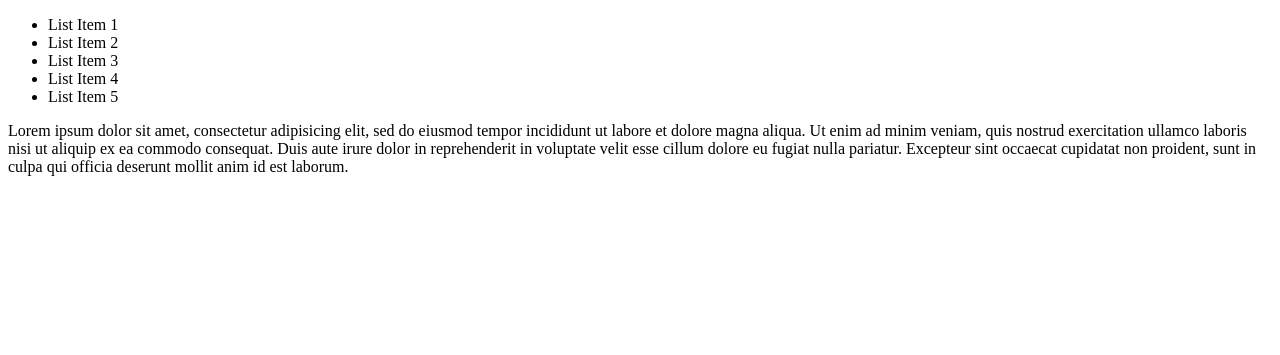
Repository: PankajSutharPersistent/vm-backup
Page: workspaceJavaScript/DemoJQuery/index.html
An editor plug-in stored every save of this project. The page is shown before and after the next save, followed by the edit.
The browser window is 1280 px wide. The pictures show the whole page.

Above is the page before, as saved 2017-01-02 04:37:50.

### workspaceJavaScript/DemoJQuery/index.html
<!DOCTYPE HTML PUBLIC "-//W3C//DTD HTML 4.01 Transitional//EN"
"http://www.w3.org/TR/html4/loose.dtd">
<html xmlns="http://www.w3.org/1999/xhtml">
    <head>
        <meta http-equiv="Content-Type" content="text/html; charset=utf-8" />
        <title>New Web Project</title>
        <script src="lib/jquery-3.1.1.js" type="text/javascript" charset="utf-8"></script>
        	<script type="text/javascript" charset="utf-8">

			jQuery(function(){
					alert("Hi");
				});
			</script>


        </script>
    </head>
    <body>
       <ul>
       	<li class="items">List Item 1</li>
       	<li class="items">List Item 2</li>
       	<li class="items">List Item 3</li>
       	<li class="items">List Item 4</li>
       	<li class="items">List Item 5</li>
       </ul>
       <p>Lorem ipsum dolor sit amet, consectetur adipisicing elit, sed do eiusmod tempor incididunt ut labore et dolore magna aliqua. Ut enim ad minim veniam, quis nostrud exercitation ullamco laboris nisi ut aliquip ex ea commodo consequat. Duis aute irure dolor in reprehenderit in voluptate velit esse cillum dolore eu fugiat nulla pariatur. Excepteur sint occaecat cupidatat non proident, sunt in culpa qui officia deserunt mollit anim id est laborum.</p>

   </body>
</html>

Loaded but not shown: workspaceJavaScript/DemoJQuery/lib/jquery-3.1.1.js (library)

After the next save:
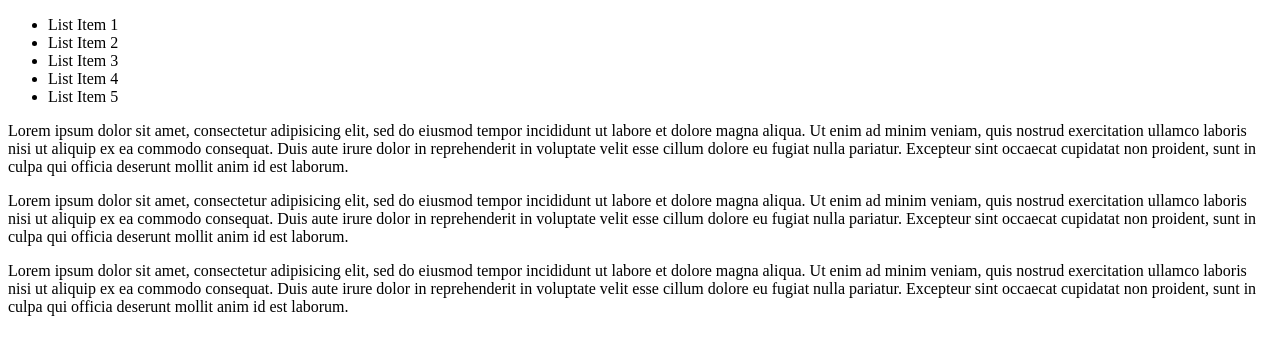
Saved 16 s later.
--- a/workspaceJavaScript/DemoJQuery/index.html
+++ b/workspaceJavaScript/DemoJQuery/index.html
@@ -24,6 +24,8 @@
        	<li class="items">List Item 5</li>
        </ul>
        <p>Lorem ipsum dolor sit amet, consectetur adipisicing elit, sed do eiusmod tempor incididunt ut labore et dolore magna aliqua. Ut enim ad minim veniam, quis nostrud exercitation ullamco laboris nisi ut aliquip ex ea commodo consequat. Duis aute irure dolor in reprehenderit in voluptate velit esse cillum dolore eu fugiat nulla pariatur. Excepteur sint occaecat cupidatat non proident, sunt in culpa qui officia deserunt mollit anim id est laborum.</p>
+   		<p>Lorem ipsum dolor sit amet, consectetur adipisicing elit, sed do eiusmod tempor incididunt ut labore et dolore magna aliqua. Ut enim ad minim veniam, quis nostrud exercitation ullamco laboris nisi ut aliquip ex ea commodo consequat. Duis aute irure dolor in reprehenderit in voluptate velit esse cillum dolore eu fugiat nulla pariatur. Excepteur sint occaecat cupidatat non proident, sunt in culpa qui officia deserunt mollit anim id est laborum.</p>
+   		<p>Lorem ipsum dolor sit amet, consectetur adipisicing elit, sed do eiusmod tempor incididunt ut labore et dolore magna aliqua. Ut enim ad minim veniam, quis nostrud exercitation ullamco laboris nisi ut aliquip ex ea commodo consequat. Duis aute irure dolor in reprehenderit in voluptate velit esse cillum dolore eu fugiat nulla pariatur. Excepteur sint occaecat cupidatat non proident, sunt in culpa qui officia deserunt mollit anim id est laborum.</p>
 
    </body>
 </html>
